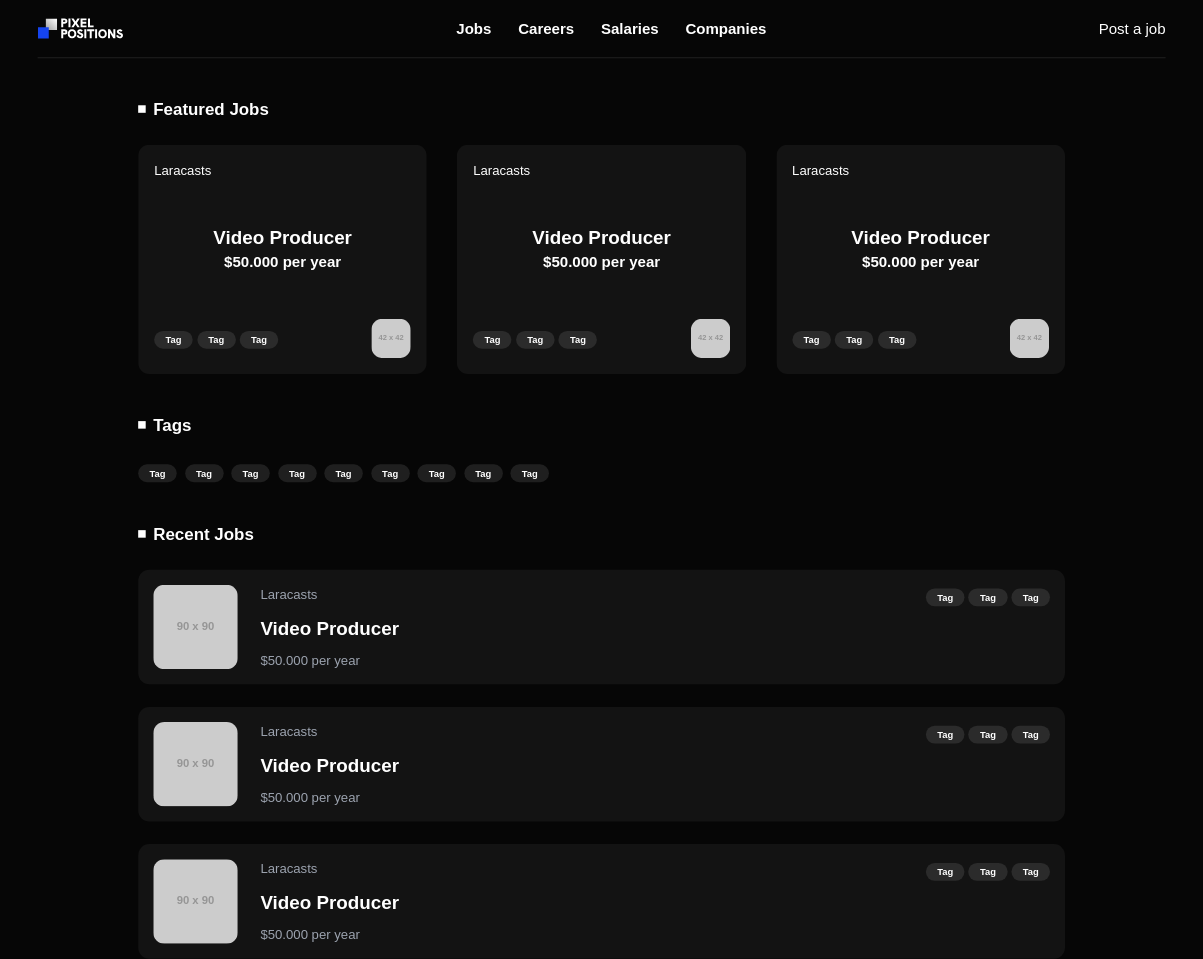
Repository: aggepap/pixel-positions-laravel
Page: http://localhost/
The author's editor kept a copy of each file at every save. The page is drawn from the files as they stood at one save, then again after the next save.
The browser window is 1280 px wide. The pictures show the whole page, at 94% of full size.
Some web fonts or font styles are not loaded; a fallback is used. The page is served by the project's Laravel application, run on PHP 8.4 with Laravel 12. Other server files are loaded and not shown. Style sheets and scripts are compiled from the project's sources, by tool versions that may differ from the author's.

Above is the page before, as saved 2025-02-21 21:52:21.

### resources/views/welcome.blade.php
<x-layout>
    <div class="space-y-10">
    <section>
      <x-section-heading>Featured Jobs</x-section-heading>
        <div class="grid lg:grid-cols-3 gap-8 mt-6">   <x-job-card />
            <x-job-card />
            <x-job-card />
        </div>

    </section>
    <section>
       <x-section-heading>Tags</x-section-heading>

       <div class="mt-6 space-x-1">
        <x-tag>Tag</x-tag>
        <x-tag>Tag</x-tag>
        <x-tag>Tag</x-tag>
        <x-tag>Tag</x-tag>
        <x-tag>Tag</x-tag>
        <x-tag>Tag</x-tag>
        <x-tag>Tag</x-tag>
        <x-tag>Tag</x-tag>
        <x-tag>Tag</x-tag>
       </div>
    </section>
   <section>
    <x-section-heading>Recent Jobs</x-section-heading>

    <div class="mt-6 space-y-6">
        <x-job-card-wide />
        <x-job-card-wide />
        <x-job-card-wide />
        </div>
    </section>
</div>
</x-layout>

### resources/views/components/section-heading.blade.php
<div class="inline-flex items-center gap-2">
  <span class="w-2 h-2 bg-white inline-block"  ></span>
<h3 class="text-lg font-bold">

  {{$slot}}</h3></div>

### resources/views/components/job-card.blade.php
<div class=" p-4 bg-white/5 rounded-xl flex flex-col gap-4 text-center border border-transparent hover:border-blue-800 transition-colors duration-300 cursor-pointer group">

  <div class="self-start text-sm">Laracasts</div>
  <div class="py-8 font-bold"><h3 class="group-hover:text-blue-500 transition-colors duration-300 text-xl">Video Producer</h3>
  <p class="">$50.000 per year</p></div>
  <div class="flex justify-between items-center mt-auto">
      <div class="">
     <x-tag>Tag</x-tag>
     <x-tag>Tag</x-tag>
     <x-tag>Tag</x-tag>

  </div>
  <x-employer-logo :width=42></x-employer-logo>

  </div>
</div>

### resources/views/components/tag.blade.php
<a href="#" class="bg-white/10 px-3 py-1 rounded-xl text-2xs hover:bg-white/25 font-bold  transition-colors duration-300 ">{{$slot}}</a>

### resources/views/components/employer-logo.blade.php
@props(['width' => '90'])

<img src="https://placehold.co/{{$width}}" alt="" class="rounded-xl">

### resources/views/components/job-card-wide.blade.php
<div class=" p-4 bg-white/5 rounded-xl flex gap-x-6">
  <x-employer-logo :width=90></x-employer-logo>
  <div class="flex-1 flex flex-col justify-between">

  <a href="#" class="self-start text-sm text-gray-400">Laracasts</a>
  <h3 class="font-bold text-xl mt-3">Video Producer</h3>
  <p class="text-sm text-gray-400 mt-auto">$50.000 per year</p>
</div>

      <div class=" ">
     <x-tag>Tag</x-tag>
     <x-tag>Tag</x-tag>
     <x-tag>Tag</x-tag>

  </div>

</div>

### resources/views/components/layout.blade.php
<!DOCTYPE html>
<html lang="en">
<head>
  <meta charset="UTF-8">
  <meta name="viewport" content="width=device-width, initial-scale=1.0">
  <title>Pixel Positions</title>
  <link rel="preconnect" href="https://fonts.googleapis.com">
<link rel="preconnect" href="https://fonts.gstatic.com" crossorigin>
<link href="https://fonts.googleapis.com/css2?family=Hanken+Grotesk:ital,wght@400;500;600&display=swap" rel="stylesheet">
  @vite(['resources/js/app.js', 'resources/css/app.css'])
</head>
<body class="bg-black text-white font-hanken">
  <div class="px-10">
    <nav class="flex justify-between items-center py-4 border-b border-white/10">
      <div class="">
        <a href="/"> <img src="{{Vite::asset('resources/images/logo.svg')}}" alt="Logo"></a>

      </div>
      <div class="space-x-6 font-bold"><a href="#">Jobs</a>
      <a href="#">Careers</a>
      <a href="#">Salaries</a>
       <a href="#">Companies</a>
      </div>
      <div class=""><a href="#">Post a job</a></div>
    </nav>
    <main class="mt-10 max-w-[986px] mx-auto">{{$slot}}</main>
  </div>
</body>
</html>

### resources/images/logo.svg
<svg width="92" height="29" viewBox="0 0 92 29" fill="none" xmlns="http://www.w3.org/2000/svg">
    <path fill="url(#eq4u6l1jfa)" d="M8.787 4.021h11.877v11.877H8.787z"/>
    <path fill="#1544EF" d="M0 13.107h11.877v11.877H0z"/>
    <path d="M25.16 13V3.653h3.285c2.159 0 3.245.899 3.245 2.75 0 1.863-1.113 2.842-3.245 2.842H27.25V13H25.16zm2.091-5.686h.979c.858 0 1.354-.134 1.354-.885 0-.71-.429-.845-1.354-.845h-.979v1.73zM32.846 13V3.653h2.106V13h-2.106zm2.988 0 3.044-4.64-3.057-4.707h2.521L40.34 6.9l1.998-3.246h2.508L41.788 8.36 44.846 13h-2.521l-1.998-3.124L38.355 13h-2.52zm9.872 0V3.653h6.276v1.931h-4.17v1.61h3.969v1.944h-3.97v1.931h4.17V13h-6.275zm7.936 0V3.653h2.105v7.416h3.836V13h-5.941zM25.16 24.574v-9.347h3.285c2.159 0 3.245.898 3.245 2.75 0 1.863-1.113 2.842-3.245 2.842H27.25v3.755H25.16zm2.091-5.686h.979c.858 0 1.354-.134 1.354-.885 0-.71-.429-.845-1.354-.845h-.979v1.73zm9.367 5.927c-2.71 0-4.573-1.971-4.573-4.908 0-2.95 1.864-4.921 4.573-4.921 2.735 0 4.586 1.957 4.586 4.921 0 2.95-1.878 4.908-4.586 4.908zm0-2.011c1.515 0 2.467-1.113 2.467-2.897 0-1.797-.952-2.91-2.467-2.91-1.502 0-2.468 1.086-2.468 2.91 0 1.81.966 2.897 2.468 2.897zm8.63 1.97c-1.944 0-3.472-1.166-3.754-2.95l2.092-.522c.094 1.1.764 1.609 1.703 1.609.684 0 1.247-.335 1.247-1.046 0-.43-.429-.751-1.65-1.247-1.997-.805-2.721-1.542-2.721-2.977 0-1.556 1.22-2.655 3.057-2.655 1.3 0 2.347.603 2.95 1.81l-1.743 1.086c-.282-.684-.738-1.032-1.274-1.032-.483 0-.885.308-.885.75 0 .456.362.778 1.703 1.301 2.011.778 2.655 1.449 2.655 2.776 0 1.85-1.475 3.098-3.38 3.098zm4.478-.2v-9.347h2.106v9.347h-2.106zm5.724 0v-7.416h-2.736v-1.931h7.59v1.931h-2.722v7.416H55.45zm5.735 0v-9.347h2.105v9.347h-2.105zm7.91.241c-2.71 0-4.573-1.971-4.573-4.908 0-2.95 1.864-4.921 4.573-4.921 2.735 0 4.586 1.957 4.586 4.921 0 2.95-1.878 4.908-4.586 4.908zm0-2.011c1.515 0 2.467-1.113 2.467-2.897 0-1.797-.952-2.91-2.467-2.91-1.502 0-2.468 1.086-2.468 2.91 0 1.81.966 2.897 2.468 2.897zm11.487-7.577h2.105v9.347h-2.159l-3.513-5.726v5.726h-2.106v-9.347h2.146l3.527 5.7v-5.7zm6.848 9.548c-1.945 0-3.473-1.167-3.755-2.95l2.092-.523c.094 1.1.764 1.609 1.703 1.609.684 0 1.247-.335 1.247-1.046 0-.43-.429-.751-1.65-1.247-1.997-.805-2.721-1.542-2.721-2.977 0-1.556 1.22-2.655 3.057-2.655 1.3 0 2.347.603 2.95 1.81l-1.743 1.086c-.282-.684-.738-1.032-1.274-1.032-.483 0-.885.308-.885.75 0 .456.362.778 1.703 1.301 2.011.778 2.655 1.449 2.655 2.776 0 1.85-1.475 3.098-3.38 3.098z" fill="#fff"/>
    <defs>
        <linearGradient id="eq4u6l1jfa" x1="20.5" y1="4" x2="8" y2="16.5" gradientUnits="userSpaceOnUse">
            <stop stop-color="#fff"/>
            <stop offset="1" stop-color="#999"/>
        </linearGradient>
    </defs>
</svg>

### tailwind.config.js
import defaultTheme from "tailwindcss/defaultTheme";

/** @type {import('tailwindcss').Config} */
export default {
    content: [
        "./vendor/laravel/framework/src/Illuminate/Pagination/resources/views/*.blade.php",
        "./storage/framework/views/*.php",
        "./resources/**/*.blade.php",
        "./resources/**/*.js",
        "./resources/**/*.vue",
    ],
    theme: {
        extend: {
            fontFamily: {
                sans: ["Figtree", ...defaultTheme.fontFamily.sans],
            },
            colors: {
                black: "#060606",
            },
            fontFamily: {
                hanken: ["Hanken", "sans-serif"],
            },
            fontSize: {
                "2xs": "0.625rem",
            },
        },
    },
    plugins: [],
};

Loaded but not shown: app/Providers/AppServiceProvider.php (common file); routes/web.php (common file); resources/css/app.css (common file)

After the next save:
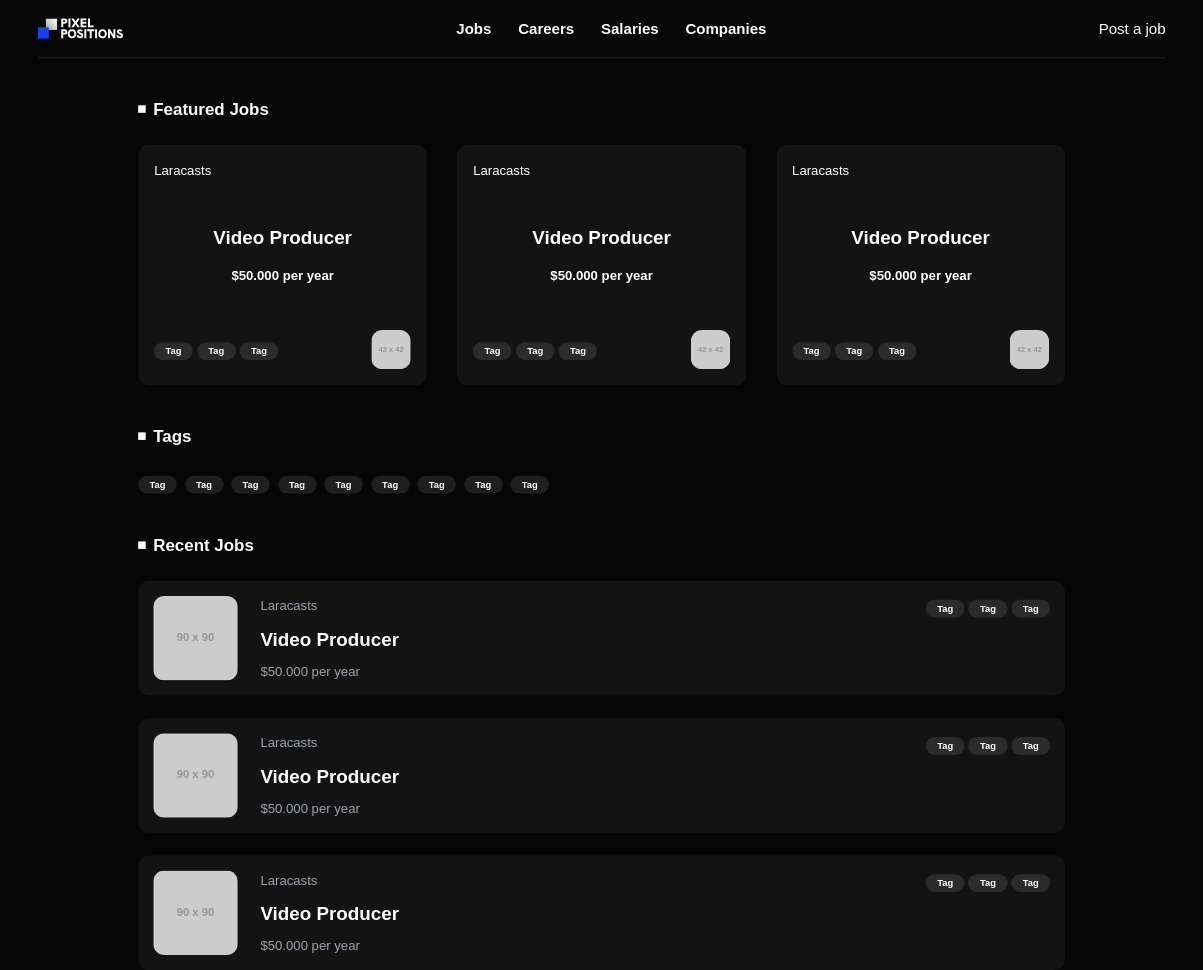
Saved 6 s later.
--- a/resources/views/components/job-card.blade.php
+++ b/resources/views/components/job-card.blade.php
@@ -2,7 +2,7 @@
 
   <div class="self-start text-sm">Laracasts</div>
   <div class="py-8 font-bold"><h3 class="group-hover:text-blue-500 transition-colors duration-300 text-xl">Video Producer</h3>
-  <p class="">$50.000 per year</p></div>
+  <p class="text-sm mt-4">$50.000 per year</p></div>
   <div class="flex justify-between items-center mt-auto">
       <div class="">
      <x-tag>Tag</x-tag>
